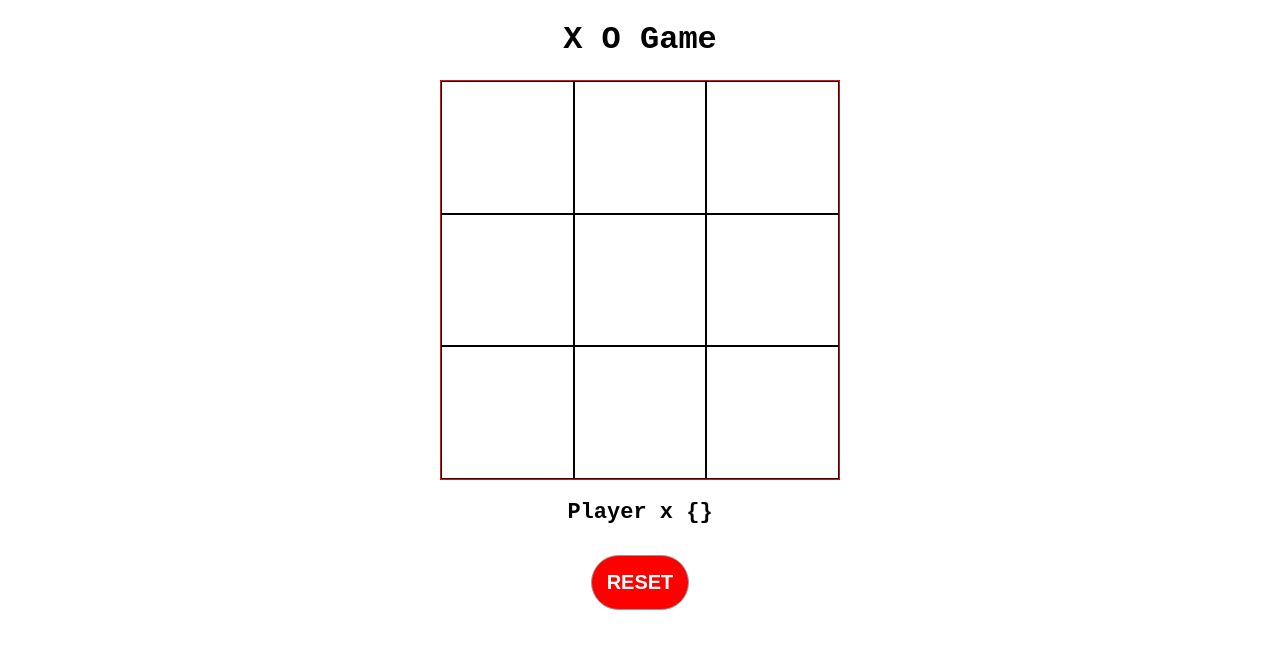
Repository: abdelrahman-ahmed-nassar/javascript-games
Page: my_x-o/index.html
An editor plug-in stored every save of this project. The page is shown before and after the next save, followed by the edit.
The browser window is 1280 px wide. The pictures show the whole page.
After loading, the first visible `#reset-btn` was clicked once.

Above is the page before, as saved 2024-07-27 23:34:20.

### my_x-o/index.html
<!DOCTYPE html>
<html lang="en">
<head>
  <meta charset="UTF-8">
  <meta name="viewport" content="width=device-width, initial-scale=1.0">
  <link rel="stylesheet" href="style.css">
  <script defer src="script.js"></script>
  <title>X O Game </title>
</head>
<body>
  <h1>X O Game</h1>
  <div class="game-container" id="container">
    <div class="box box-0" data-num="0"></div>
    <div class="box box-1" data-num="1"></div>
    <div class="box box-2" data-num="2"></div>
    <div class="box box-3" data-num="3"></div>
    <div class="box box-4" data-num="4"></div>
    <div class="box box-5" data-num="5"></div>
    <div class="box box-6" data-num="6"></div>
    <div class="box box-7" data-num="7"></div>
    <div class="box box-8" data-num="8"></div>
  </div>
  <div class="player-text">Player <span id="active-player">x</span> Turn</div>
  <button id="reset-btn" type="button">RESET</button>
</body>
</html>

### my_x-o/style.css

* {
  box-sizing: border-box;
}

body {
  margin: 0;
  padding: 0;
  font-family: 'Courier New', Courier, monospace;
  text-align: center;
}

.game-container {
  margin: 0 auto;
  max-width: 400px;
  height: 400px;
  border: 1px solid red;
  display: grid;
  grid-template-columns: repeat(3, 1fr);
  grid-template-rows: repeat(3, 1fr);
}

.box {
  border: 1px solid black;
  text-transform: capitalize ;
  display: grid;
  place-items: center;
  font-size:70px;
  font-weight: bold;
  cursor: pointer;
}

.player-text {
  margin-top: 20px;
  font-size: 22px;
  font-weight: bold;
}

#active-player {
  text-transform: capitalize;
}

#reset-btn {
  margin-top: 30px;
  font-weight: bold;
  font-size: 20px;
  padding: 15px;
  color: white;
  border: 1px solid #999;
  background-color: red;
  border-radius: 40px;
  cursor:  pointer;
}

### my_x-o/script.js
let grid = ["", "", "", "", "", "", "", "", ""];

const containerEl = document.getElementById("container");

const box0El = document.querySelector(".box-0");
const box1El = document.querySelector(".box-1");
const box2El = document.querySelector(".box-2");
const box3El = document.querySelector(".box-3");
const box4El = document.querySelector(".box-4");
const box5El = document.querySelector(".box-5");
const box6El = document.querySelector(".box-6");
const box7El = document.querySelector(".box-7");
const box8El = document.querySelector(".box-8");

const resetBtn = document.getElementById("reset-btn");
const activePlayerEl = document.getElementById("active-player");
const textEl = document.querySelector(".player-text");

let gridSize = 3;
let isPlaying = 1;
let activePlayer = "x";

/////////////////////////

function isWritten(e) {
  if (e === "o" || e === "x") {
    return 1;
  } else {
    return 0;
  }
}

function updateGrid(n) {
  for (let i = 0; i < grid.length; i++) {
    document.querySelector(`.box-${i}`).textContent = grid[i];
  }
  if (n !== -1) {
    document.querySelector(`.box-${n}`).style = "pointer-events: none;";
  }
}

function changeActivePlayer() {
  let code = activePlayer === "x" ? "o" : "x";
  activePlayer = code;
  activePlayerEl.textContent = code;
}

function winner() {
  isPlaying = 0;
  containerEl.style = "pointer-events: none";
  textEl.textContent = `Player ${
    activePlayer === "x" ? "o" : "x"
  } is the winner 🎉`;
}

///////////////

function changeBoxState(e) {
  if (!isPlaying) return;
  let n = e.target.dataset.num;
  let item = grid[n];
  if (isWritten(item)) {
    return;
  } else {
    let code = activePlayer === "x" ? "x" : "o";
    grid[n] = code;

    updateGrid(n);

    changeActivePlayer();
  }
  // check for cols

  for (let i = 0; i < gridSize; i++) {
    let first = grid[i];
    let second = grid[i + gridSize];
    let third = grid[i + 2 * gridSize];

    if (first === "" || second === "" || third === "") {
      return;
    }

    if (first === second && second === third && first === third) {
      winner();
    }
  }

  console.log(grid);
}

/////////////////////

function init() {
  for (let i = 0; i < grid.length; i++) {
    document
      .querySelector(`.box-${i}`)
      .addEventListener("click", (e) => changeBoxState(e));
  }
}
init();

resetBtn.addEventListener("click", function (e) {
  isPlaying = 1;
  grid = ["", "", "", "", "", "", "", "", ""];
  containerEl.style = "pointer-events: all";
  for (let i = 0; i < 9; i++) {
    document.querySelector(`.box-${i}`).style = "pointer-events: all;";
  }

  textEl.innerHTML = `Player ${activePlayer} {}`;

  updateGrid(-1);
  init();
});

After the next save:
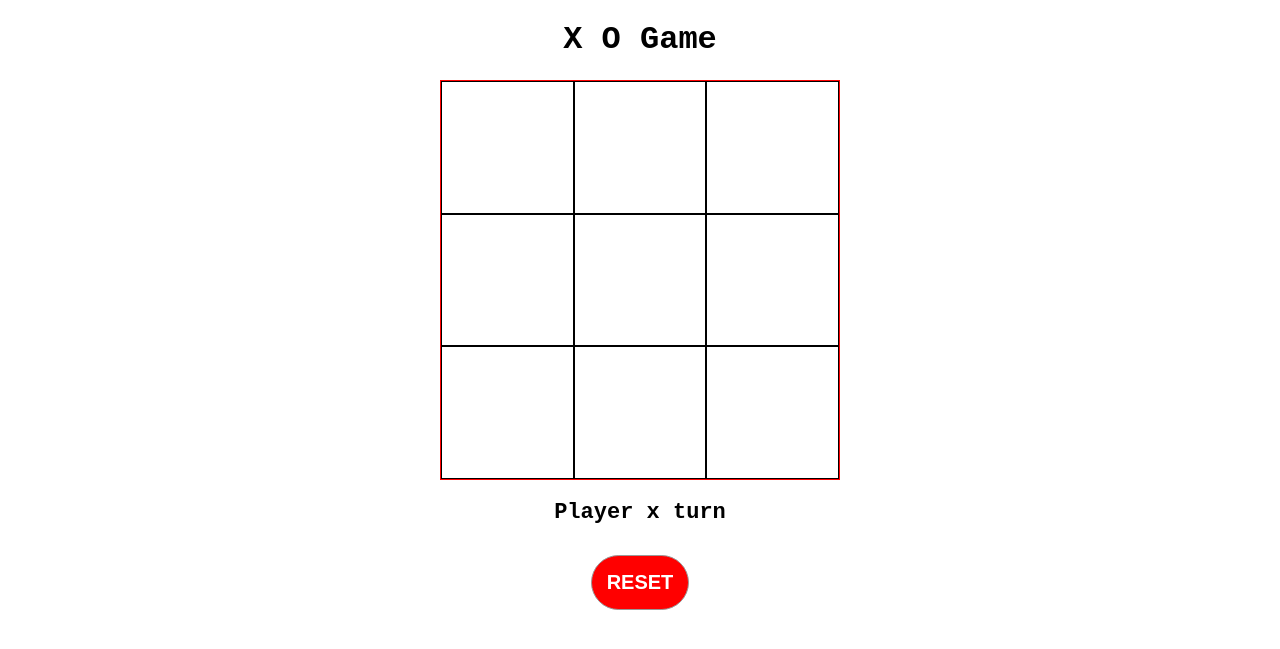
Saved 4 s later.
--- a/my_x-o/script.js
+++ b/my_x-o/script.js
@@ -107,7 +107,7 @@ resetBtn.addEventListener("click", function (e) {
     document.querySelector(`.box-${i}`).style = "pointer-events: all;";
   }
 
-  textEl.innerHTML = `Player ${activePlayer} {}`;
+  textEl.innerHTML = `Player ${activePlayer} turn`;
 
   updateGrid(-1);
   init();
